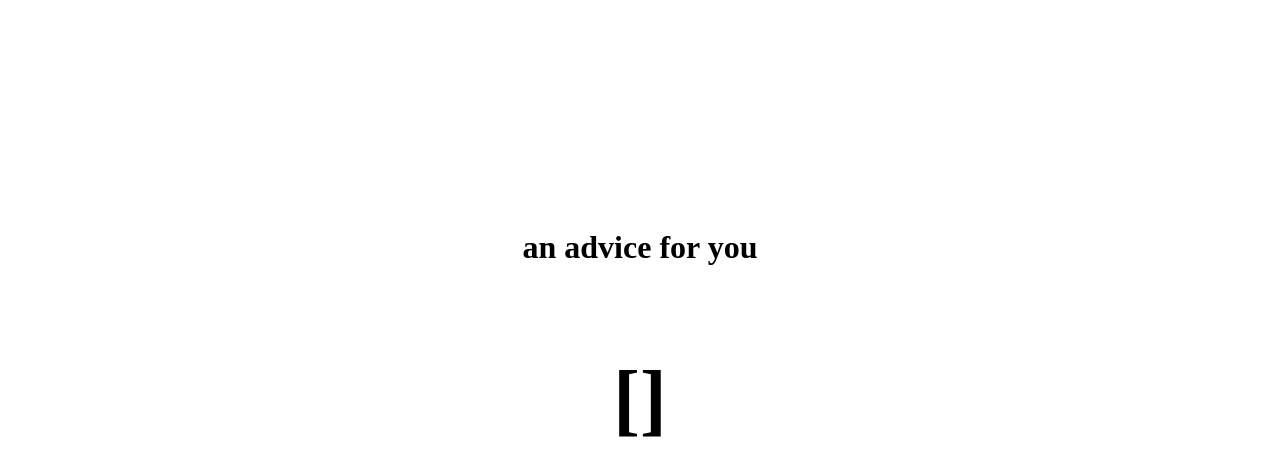
Repository: Fernandamendonc/Advice
Page: /
These files come from the project's save history. The page is drawn as it stood at one moment and after the next save; the edit follows.
The browser window is 1280 px wide. The pictures show the whole page.
The page's requests for data from a server got no answer. Some web fonts or font styles are not loaded; a fallback is used. The project was rebuilt for these pictures with package versions that can differ from the ones it lists, and the page was loaded fresh each time. The framework's server and built-in components were replaced by stand-ins that run in the browser. No one was signed in, and anything a server would have sent is missing. Also part of the build but not shown: next.config.js.

Above is the page before, as saved 2022-08-16 16:54:13.

After the next save:
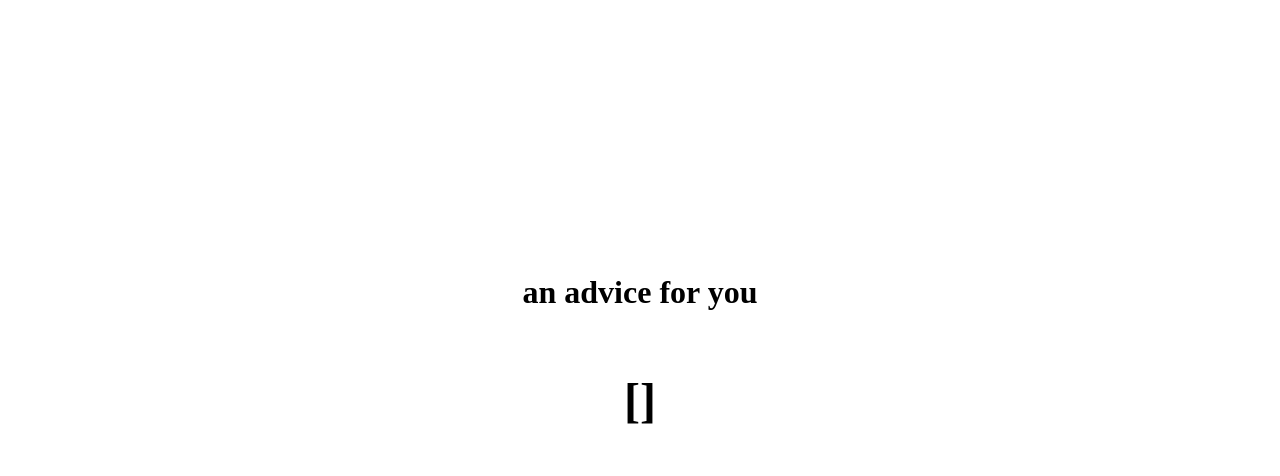
Saved 7 s later.
--- a/src/components/button/styles.ts
+++ b/src/components/button/styles.ts
@@ -13,6 +13,6 @@ export const Container = styled.div`
 
   h2{
     font-family: 'Romanesco', cursive;
-    font-size: 5rem;
+    font-size: 3rem;
   }
 `
